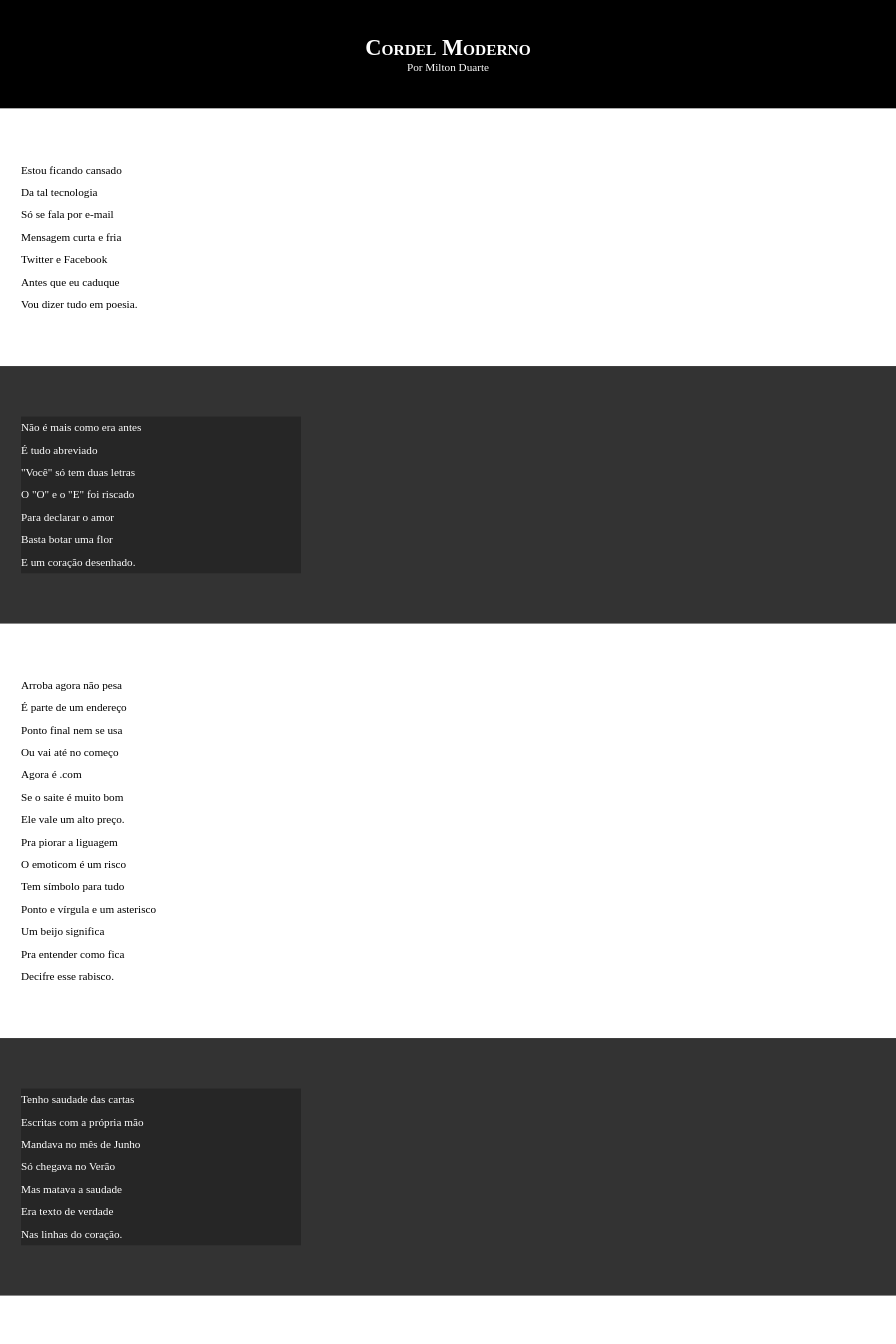
Repository: gustavotwist/projeto-cordel
Page: index.html
An editor plug-in stored every save of this project. The page is shown before and after a run of saves, followed by the edit.
The browser window is 1280 px wide. The pictures show the part of the page from y = 0 to 1920 px (the page is 2481 px tall before and 2772 px after), at 70% of full size.
Some web fonts or font styles are not loaded; a fallback is used.

Above is the page before, as saved 2024-04-19 17:25:41.

### index.html
<!DOCTYPE html>
<html lang="pt-br">
<head>
    <meta charset="UTF-8">
    <meta name="viewport" content="width=device-width, initial-scale=1.0">
    <title>Cordel Moderno</title>
    <link rel="stylesheet" href="estilo/style.css">
</head>
<body>
    <header>
        <h1>
            Cordel Moderno
        </h1>
        <p>
            Por <a href="https://www.recantodasletras.com.br/poesias/3186743" target="_blank">Milton Duarte</a>
        </p>
    </header>

    <section class="normal">
        <p>
            Estou ficando cansado <br>
            Da tal tecnologia <br>
            Só se fala por e-mail <br>
            Mensagem curta e fria <br>
            Twitter e Facebook <br>
            Antes que eu caduque <br>
            Vou dizer tudo em poesia.
        </p>
    </section>

    <section class="imagem">
        <p>
            Não é mais como era antes <br>
            É tudo abreviado <br>
            "Você" só tem duas letras <br>
            O "O" e o "E" foi riscado <br>
            Para declarar o amor <br>
            Basta botar uma flor <br>
            E um coração desenhado.
        </p>
    </section>

    <section class="normal">
        <p>
            Arroba agora não pesa <br>
            É parte de um endereço <br>
            Ponto final nem se usa <br>
            Ou vai até no começo <br>
            Agora é .com <br>
            Se o saite é muito bom <br>
            Ele vale um alto preço. <br>
        </p>

        <p>
            Pra piorar a liguagem <br>
            O emoticom é um risco <br>
            Tem símbolo para tudo <br>
            Ponto e vírgula e um asterisco <br>
            Um beijo significa <br>
            Pra entender como fica <br>
            Decifre esse rabisco.
        </p>
    </section>

    <section class="imagem">
        <p>
            Tenho saudade das cartas <br>
            Escritas com a própria mão <br>
            Mandava no mês de Junho <br>
            Só chegava no Verão <br>
            Mas matava a saudade <br>
            Era texto de verdade <br>
            Nas linhas do coração.
        </p>
    </section>

    <section class="normal">
        <p>
            Agora, escrevo e envio <br>
            Chegando na mesma hora <br>
            Mas quando vou prosear <br>
            A pessoa foi embora <br>
            Abriu outro aplicativo <br>
            O mundo ficou cativo <br>
            Da tecnologia do agora.
        </p>


        <p>
            Felizmente, pra orar <br>
            Não precisa de internet <br>
            Deus escuta todo mundo <br>
            Se quiser, faça esse teste <br>
            Dois pontos são dois joelhos <br>
            Seus lábios são aparelhos <br>
            Deixe que Deus interprete.
        </p>
    </section>

    <footer>
        <p>Site criado por <a href="https://github.com/gustavotwist" target="_blank">Gustavo Twist</a> com o <a href="https://www.cursoemvideo.com" target="_blank">CursoemVideo</a></p>
    </footer>
</body>
</html>

### estilo/style.css
@charset "UTF-8";

* {
    margin: 0px;
    padding: 0px;
}

html, body {
    min-height: 100vh;
    background-color: darkgray;
}

header {
    background-color: black;
    color: white;
    text-align: center;
}

header > h1 {
    padding-top: 50px;
    font-variant: small-caps;
}

header > p {
    padding-bottom: 50px;
}

header a, footer a {
    color: white;
    text-decoration: none;
}

header a:hover, footer a:hover {
    text-decoration: underline;
}

section {
    padding-top: 10vh;
    padding-bottom: 10vh;
    line-height: 2em;
    padding-left: 30px;
}

section.normal {
    background-color: white;
    color: black;
}

section.imagem {
    background-color: rgb(51, 51, 51);
    color: white;
}

section.imagem > p {
    width: 400px;
    background-color: rgb(0, 0, 0, 0.253);

}

footer {
    background-color: black;
    color: white;
    text-align: center;
    padding: 10px;
}

After the next 2 saves:
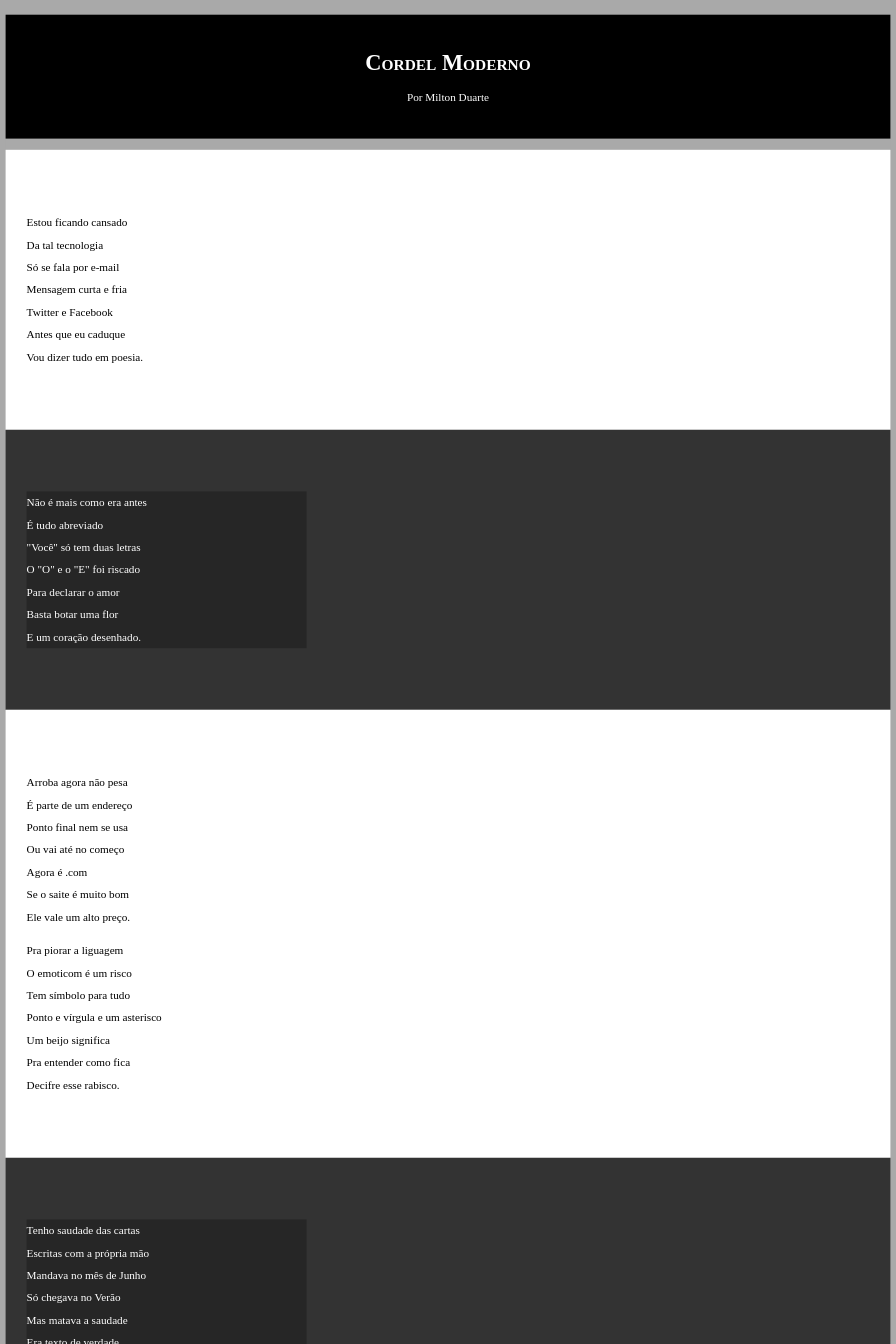
The 2 saves are shown as one change because they came seconds apart.
The last was saved 4 days later.
--- a/estilo/style.css
+++ b/estilo/style.css
@@ -1,4 +1,8 @@
 @charset "UTF-8";
+
+<style>
+@import url('https://fonts.googleapis.com/css2?family=Passion+One:wght@400;700;900&family=Sriracha&display=swap');
+</style>
 
 * {
     margin: 0px;

After the 2 saves that followed:
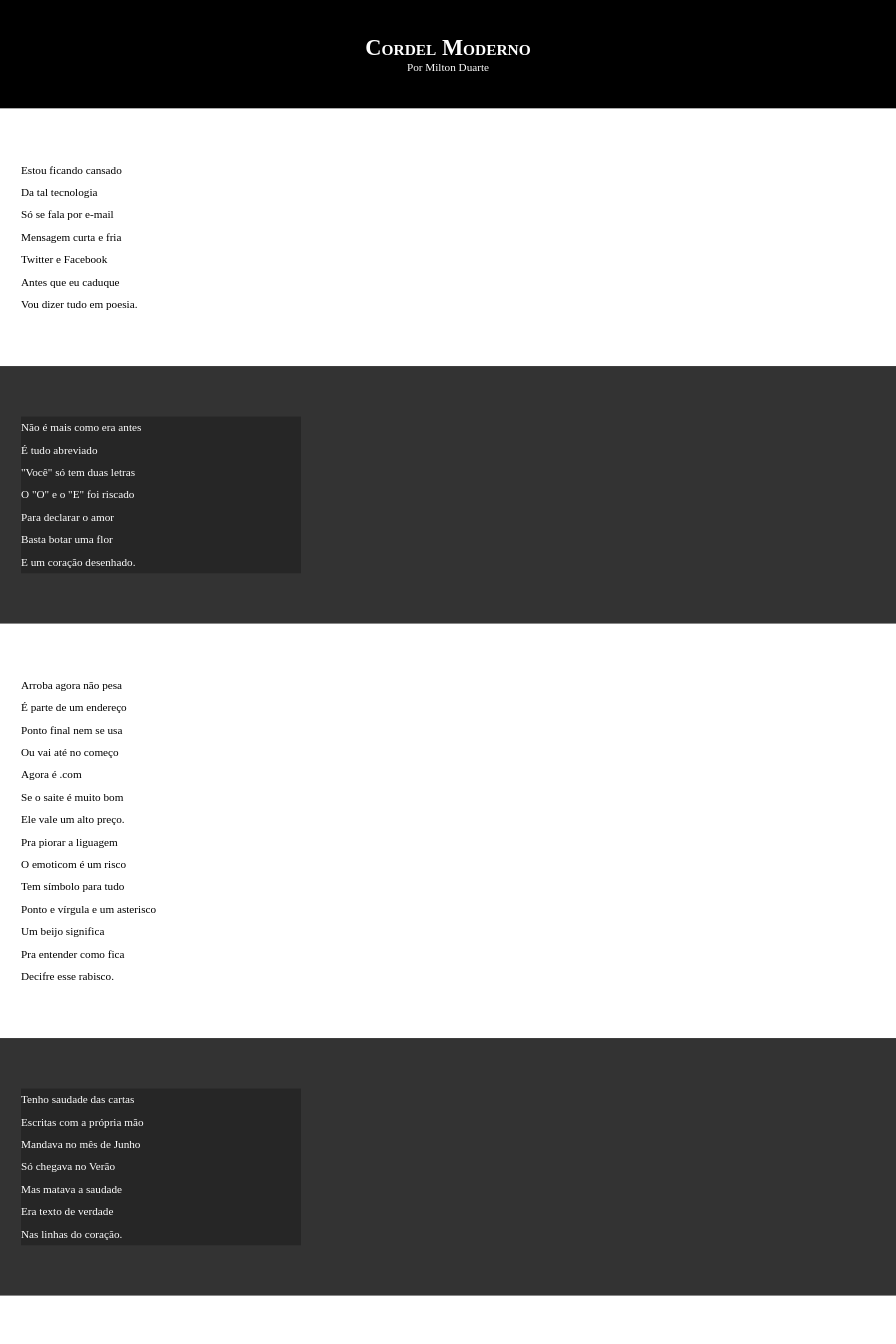
The 2 saves are shown as one change because they came seconds apart.
The last was saved 7 s later.
--- a/estilo/style.css
+++ b/estilo/style.css
@@ -1,8 +1,6 @@
 @charset "UTF-8";
 
-<style>
 @import url('https://fonts.googleapis.com/css2?family=Passion+One:wght@400;700;900&family=Sriracha&display=swap');
-</style>
 
 * {
     margin: 0px;
